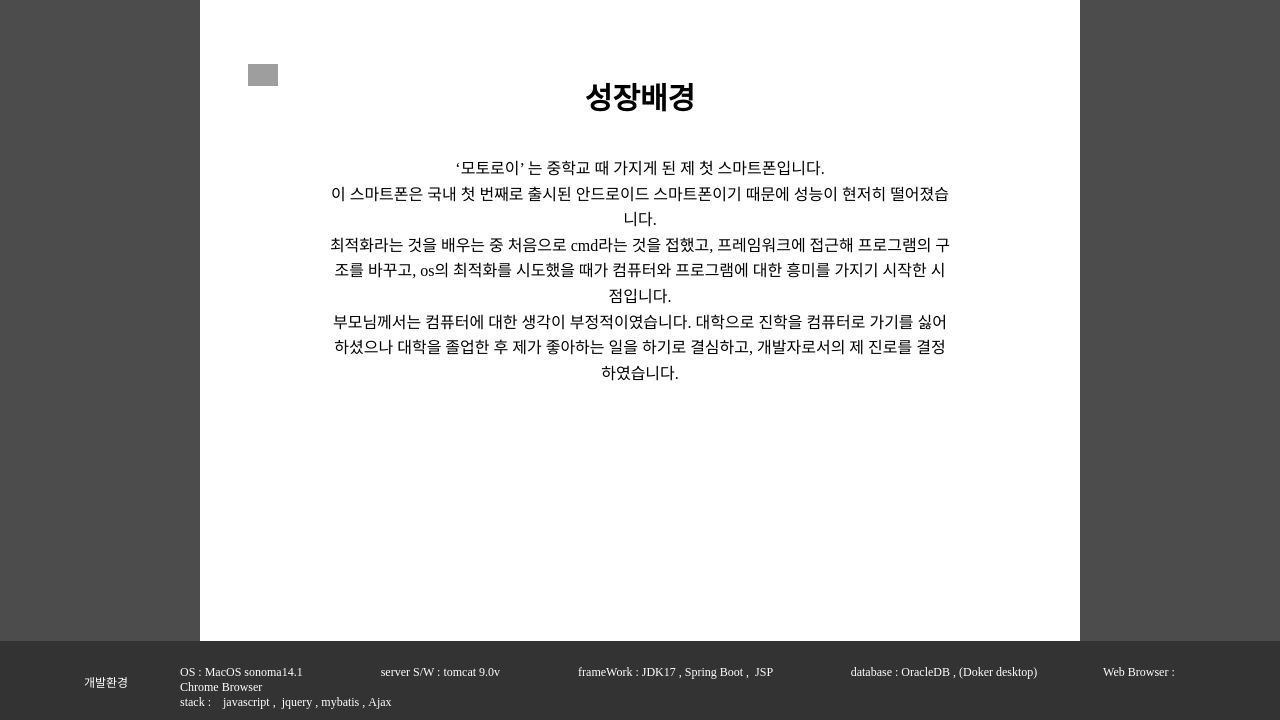
Repository: LeeHaNeul96/Leehaneul
Page: http://localhost/com.introduce/WEB-INF/views/more2.jsp
An editor plug-in stored every save of this project. The page is shown before and after the next save, followed by the edit.
The browser window is 1280 px wide. The pictures show the whole page.
Pictures or frames that could not be fetched are drawn as grey boxes. The page is served by Tomcat 9. Nobody is signed in. The template is opened directly, without the code that normally fills it, so the values that code supplies are empty.

Above is the page before, as saved 2023-10-31 10:23:17.

### com.introduce/src/main/webapp/WEB-INF/views/more2.jsp
<%@ page language="java" contentType="text/html; charset=UTF-8"
    pageEncoding="UTF-8"%>
<!DOCTYPE html>
<html>
<head>
<meta charset="UTF-8">
<title>Insert title here</title>
<script src="https://code.jquery.com/jquery-3.6.0.min.js"></script>

<style type="text/css">
.footer {
	text-align: center;
	padding: 2em 0;
	background-color: #333;
	color: #fff;
	position: fixed;
	bottom: 0;
	left: 0; /* 왼쪽 위치를 0으로 설정합니다. */
	height: 15px;
	width: 100%;
	margin: 0; /* 마진을 0으로 설정합니다. */
}

.footer-dev {
	font-size: 12px;
	text-align: left;
	padding-left: 7em;
}

.footer-content {
	position: absolute; /* 절대 위치 설정 */
	top: 1em; /* 위쪽으로 1em 이동 */
	padding: 1em 8em; /* 양 옆 여백을 설정합니다. */
	height: 200px;
}

.container{
margin-top: 3em;
margin-bottom: 10em;

text-align: center;


}
.left-margin {
 background-color: rgba(0, 0, 0, 0.7); /* 알파 값을 조절하여 투명도 설정 */

    height: 100%;
    width: 200px; /* 원하는 너비로 조절하세요. */
    position: fixed;
    top: 0;
    left: 0;
    z-index: -1;
}

/* 오른쪽 여백 스타일 */
.right-margin {
 background-color: rgba(0, 0, 0, 0.7); /* 알파 값을 조절하여 투명도 설정 */
    height: 100%;
    width: 200px; /* 원하는 너비로 조절하세요. */
    position: fixed;
    top: 0;
    right: 0;
    z-index: -1;
}

h1 {
    font-size: 36px; /* 예를 들어, 원하는 크기로 설정 */
    transition: font-size 1s; /* 글씨 크기 변경에 애니메이션 적용 (선택사항) */
}
h2{
margin-top: 0;

}

.content{
text-align: center;
margin-right: 20em;
margin-left: 20em;
line-height: 1.6;
}
</style>
</head>
<body>
<script>
$(function() {
    // 모든 h2 태그를 선택하여 배열로 저장합니다.
    var $h1Elements = $("h1");

    // 초기에 모든 h2 태그의 크기를 설정합니다.
    $h1Elements.css("font-size", "40px");

    // 1초(1000 밀리초)마다 h2 태그 배열을 순회하면서 글꼴 크기를 작게 설정합니다.
    var index = 0;
    var interval = setInterval(function() {
        if (index < $h1Elements.length) {
            $h1Elements.eq(index).css("font-size", "30px");
            index++;
        } else {
            clearInterval(interval); // 모든 h2 태그를 처리하면 setInterval을 멈춥니다.
        }
    }, 20); // 1초마다 실행
});
</script>


<div class="left-margin"></div>
<div class="right-margin"></div>

<a href="/main/view"><img style="width:30px; text-align:left; margin-left:15em; margin-top: 3em; margin-bottom: -4em;" alt="" src="/images/free-icon-go-back-left-arrow-61022.png"></a>
<div class="container">
<h1> 성장배경 </h1><br>
<div class="content">
‘모토로이’ 는 중학교 때 가지게 된 제 첫 스마트폰입니다.<br>
 이 스마트폰은 국내 첫 번째로 출시된 안드로이드 스마트폰이기 때문에 성능이 현저히 떨어졌습니다. <br>
 최적화라는 것을 배우는 중 처음으로 cmd라는 것을 접했고, 프레임워크에 접근해 프로그램의 구조를 바꾸고, os의 최적화를 시도했을 때가 컴퓨터와 프로그램에 대한 흥미를 가지기 시작한 시점입니다.<br>
부모님께서는 컴퓨터에 대한 생각이 부정적이였습니다. 대학으로 진학을 컴퓨터로 가기를 싫어하셨으나 대학을 졸업한 후 제가 좋아하는 일을 하기로 결심하고, 개발자로서의 제 진로를 결정하였습니다.
</div><br>

<h1></h1>


</div>



	<div class="footer">
		<div class="footer-dev">
			개발환경
			<div class="footer-content">
				OS : MacOS sonoma14.1
				&nbsp;&nbsp;&nbsp;&nbsp;&nbsp;&nbsp;&nbsp;&nbsp;&nbsp;&nbsp;&nbsp;&nbsp;&nbsp;&nbsp;&nbsp;&nbsp;&nbsp;&nbsp;&nbsp;&nbsp;&nbsp;&nbsp;&nbsp;&nbsp;
				server S/W : tomcat
				9.0v&nbsp;&nbsp;&nbsp;&nbsp;&nbsp;&nbsp;&nbsp;&nbsp;&nbsp;&nbsp;&nbsp;&nbsp;
				&nbsp;&nbsp;&nbsp;&nbsp;&nbsp;&nbsp;&nbsp;&nbsp;&nbsp;&nbsp;&nbsp;&nbsp;
				frameWork : JDK17&nbsp;,&nbsp;Spring Boot&nbsp;, &nbsp;JSP
				&nbsp;&nbsp;&nbsp;&nbsp;&nbsp;&nbsp;&nbsp;&nbsp;&nbsp;&nbsp;&nbsp;&nbsp;&nbsp;&nbsp;&nbsp;&nbsp;&nbsp;&nbsp;&nbsp;&nbsp;&nbsp;&nbsp;&nbsp;&nbsp;
				database : OracleDB&nbsp;,&nbsp;(Doker desktop)
				&nbsp;&nbsp;&nbsp;&nbsp;&nbsp;&nbsp;&nbsp;&nbsp;&nbsp;&nbsp;&nbsp;&nbsp;&nbsp;&nbsp;&nbsp;&nbsp;&nbsp;&nbsp;&nbsp;&nbsp;
				Web Browser : Chrome Browser<br> stack :&nbsp;&nbsp;&nbsp;
				javascript&nbsp;,&nbsp; jquery&nbsp;,&nbsp;mybatis&nbsp;,&nbsp;Ajax
			</div>
		</div>
	</div>
</body>
</html>

After the next save:
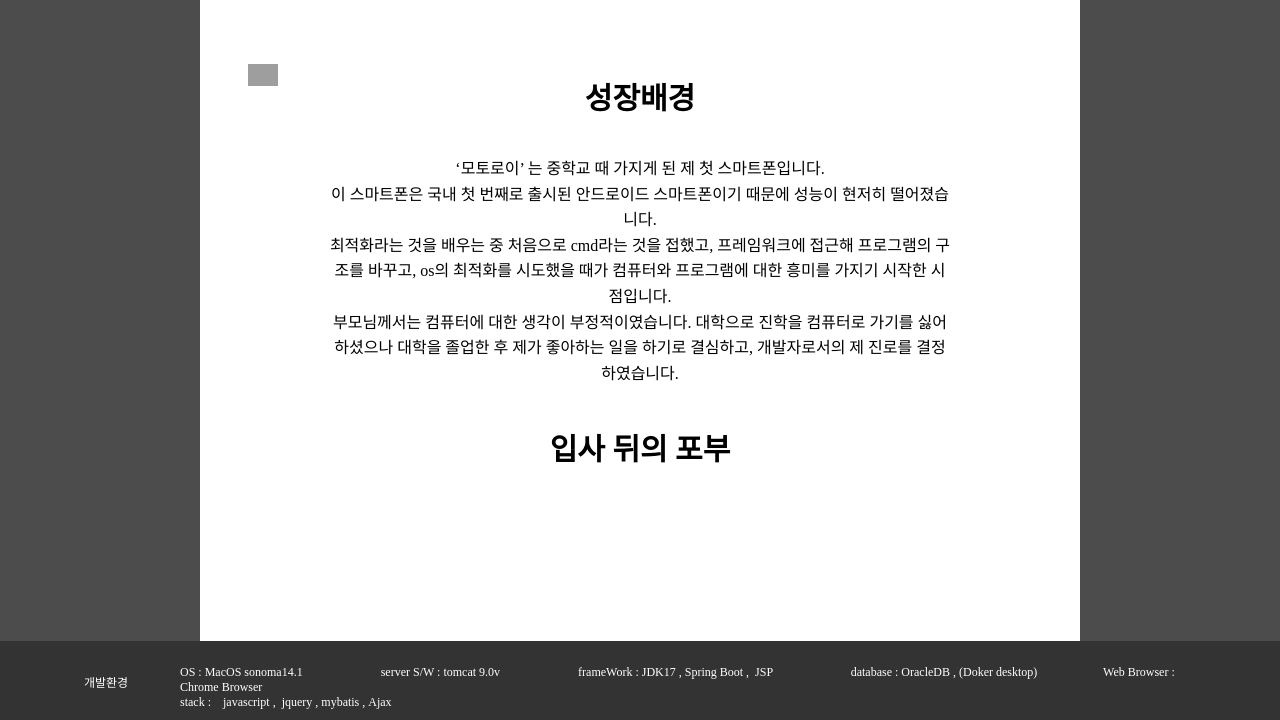
Saved 45 s later.
--- a/com.introduce/src/main/webapp/WEB-INF/views/more2.jsp
+++ b/com.introduce/src/main/webapp/WEB-INF/views/more2.jsp
@@ -117,7 +117,7 @@ $(function() {
 부모님께서는 컴퓨터에 대한 생각이 부정적이였습니다. 대학으로 진학을 컴퓨터로 가기를 싫어하셨으나 대학을 졸업한 후 제가 좋아하는 일을 하기로 결심하고, 개발자로서의 제 진로를 결정하였습니다.
 </div><br>
 
-<h1></h1>
+<h1>입사 뒤의 포부</h1>
 
 
 </div>
